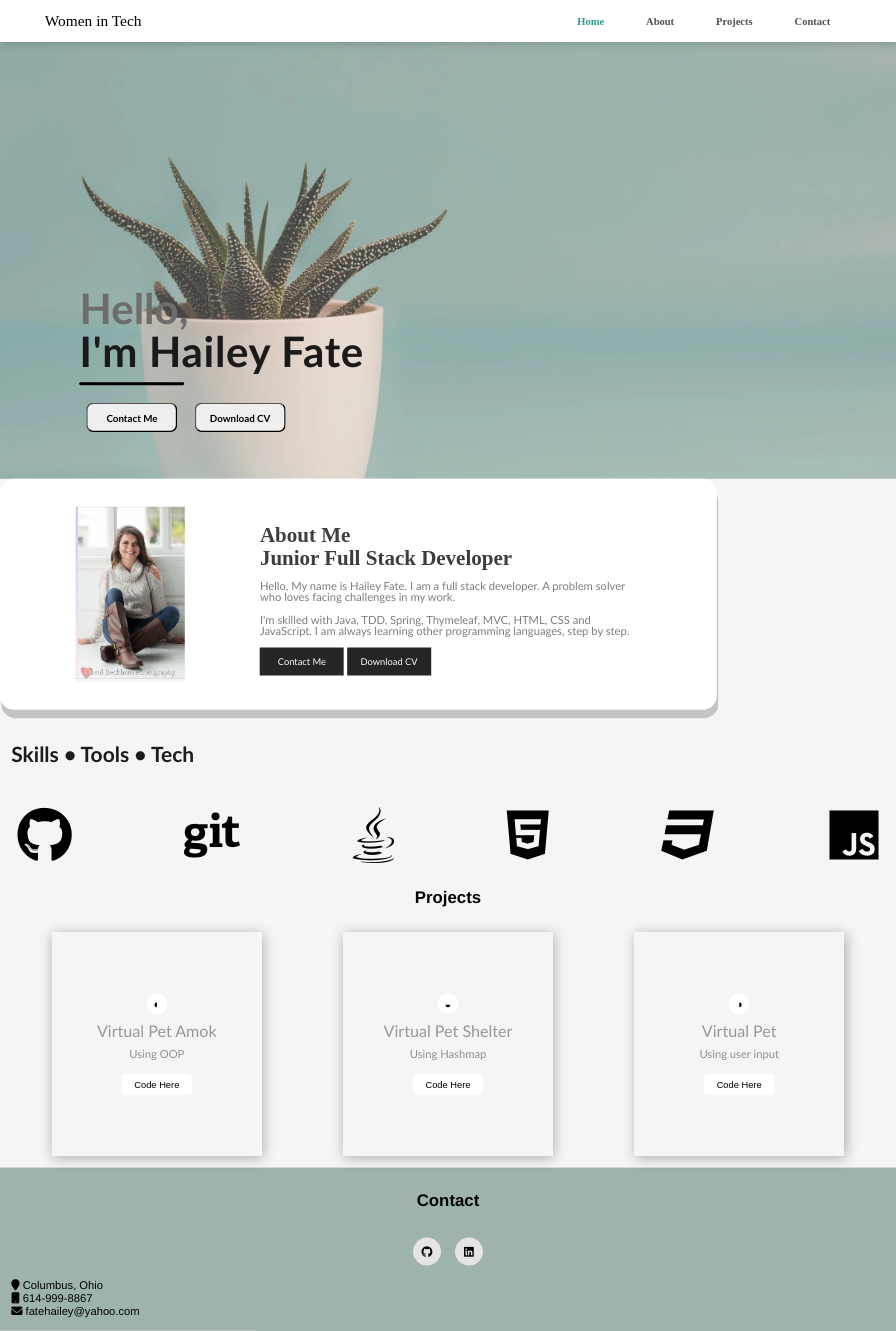
Repository: fatehailey/fatehailey.github.io
Page: index.html
These files come from the project's save history. The page is drawn as it stood at one moment and after the next save; the edit follows.
The browser window is 1280 px wide. The pictures show the whole page, at 70% of full size.
Some web libraries are served in a nearby version.

Above is the page before, as saved 2022-07-25 15:23:29.

### index.html
<!DOCTYPE html>
<html lang="en">

<head>
    <meta charset="UTF-8">
    <meta http-equiv="X-UA-Compatible" content="IE=edge">
    <meta name="viewport" content="width=device-width, initial-scale=1.0">
    <title>Professional Portfolio Website</title>
    <link rel="stylesheet" type="text/css" href="./style.css">
    <script src="https://kit.fontawesome.com/aba5373111.js" crossorigin="anonymous"></script>
</head>
<section>
    <!--------Navbar-->
    <nav>
        <header class="logo"> Women in Tech</header>
        <!--menu-->
        <ul>
            <li><a href="#" class="active">Home</a></li>
            <li><a href="#about">About</a></li>
            <li><a href="#projects">Projects</a></li>
            <li><a href="#contact-form">Contact</a></li>
        </ul>
    </nav>
    <!--text-->
    <div class="text-container">
        <p>Hello,</p>
        <p>I'm Hailey Fate</p>
        <p class="line"></p>
        <a href = "mailto: fatehailey@.com">
        <button id="contact-form">Contact Me</button></a>
        <a href="Resume -JAVA.pdf">
            <button>Download CV</button>
        </a>

    </div>
</section>
<div class="about-container">
    <!--img-->
    <img src="20638533_10207488042478732_6104525529025967976_n.jpg" />
    <!--about-me-text-->
    <div class="about-text">
        <p id="about">About Me</p>
        <p>Junior Full Stack Developer</p>
        <p>Hello, My name is Hailey Fate. I am a full stack developer. A problem solver who loves facing challenges in
            my work. </p>
        <p>I'm skilled with Java, TDD, Spring, Thymeleaf, MVC, HTML, CSS and JavaScript. I am always learning other
            programming languages, step by step.</p>
        <button id="contacts">Contact Me</button>
        <button onclick="Resume -JAVA.pdf">Download CV</button>
    </div>
</div>

<!--Project-->
<div class="skills">
    <!--text-->
    <div class="skills-text ">
        <p>Skills • Tools • Tech</p>
    </div>
    <div class="column">
        <i class="fa-brands fa-github"></i>
        <i class="fa-brands fa-git"></i>
        <i class="fa-brands fa-java"></i>
        <i class="fa-brands fa-html5"></i>
        <i class="fa-brands fa-css3"></i>
        <i class="fa-brands fa-js"></i>
    </div>
</div>
<h2 id="projects" style="text-align:center">Projects </h2>
<div class="box-container">
    <!--1------------->
    <div class="box-1">
        <span>◐</span>
        <p class="heading">Virtual Pet Amok</p>
        <p class="details">Using OOP</p>
        <a href="https://github.com/2022-April-Java-PT-Classroom/virtual-pet-amok-fatehailey">
            <button>Code Here</button>
        </a>
    </div>
    <!--2------------->
    <div class="box-2">
        <span>◒</span>
        <p class="heading">Virtual Pet Shelter</p>
        <p class="details">Using Hashmap</p>
        <a href="https://github.com/2022-April-Java-PT-Classroom/virtual-pet-shelter-fatehailey">
            <button>Code Here</button>
        </a>
    </div>
    <!--3------------->
    <div class="box-3">
        <span>◑</span>
        <p class="heading">Virtual Pet</p>
        <p class="details">Using user input</p>
        <a href="https://github.com/2022-April-Java-PT-Classroom/virtual-pet-fatehailey">
            <button>Code Here</button>
        </a>
    </div>
</div>
<footer>
    <div class="social-footer">
        <h2 id="contacts" style="text-align:center">Contact</h2>
        <div class="social-icons">
            <a href="https://github.com/fatehailey"><i class="fa-brands fa-github"></i></a>
            <a href="https://www.linkedin.com/in/haileyfate/"><i class="fa-brands fa-linkedin"></i></a>
        </div>
        <div class="place">
            <span class="fa-solid fa-location-pin"></span>
            <span class="text">Columbus, Ohio</span>
        <div class="phone">
            <span class="fa-solid fa-mobile"></span>
            <span class="text">614-999-8867</span>
        </div>
        <div class="email">
            <span class="fa-solid fa-envelope"></span>
            <span class="text">fatehailey@yahoo.com</span>
        </div>

    </div>
</footer>
</body>
</html>

### style.css

body{
    background-color: #f6f5f5;
    margin: 0;
    padding: 0px;
    font-family: 'Franklin Gothic Medium', 'Arial Narrow', Arial, sans-serif;
}
ul{
    list-style: none;
}
a{
    text-decoration: none;
}
section{
    width: 100%;
    height: 95vh;
    background-image: url('pexels-photo-1445416.webp');
    background-repeat: no-repeat;
    background-size: cover;
}
nav{
    display: flex;
    justify-content: space-between;
    align-items: center;
    height: 60px;
    background-color: #FFFFFF;
    box-shadow: 2px 2px 12px rgba(0,0,0,0.2);
    padding: 0px 5%;
}
nav ul{
    display: flex ;
}
nav ul li a{
    margin:30px;
    font-family: myraid pro regular;
    color:#505050;
    font-size: 15px;
    font-weight: 700;
}
.logo{
    font-family: RoadTest;
    color: #000000;
    font-size: 22px;
}
.active{
   font-weight:bold;
   color: #2e9e93;
}
.text-container p:nth-child(1){
    font-family: calibri;
    font-weight: bold;
    color: #6d6d6d;
    font-size: 60px;
    padding-bottom: 1rem;
}
.text-container p:nth-child(2){
    font-family: calibri;
    font-weight: bold;
    letter-spacing: 1px;
    color: #1a1a1a;
    font-size: 60px;
}
.text-container p:nth-child(3){
    font-family: myrid pro regular;
    color: #403e3e;
    font-size: 30px;
    line-height: 30px;
}
.text-container p{
    line-height: 0px;
    margin: 45px 0px 25px;
}
.line{
    width: 150px;
    height: 4px;
    background: #000000;
    margin: 10px auto;
    border-radius: 5px;
}
.text-container{
    position: absolute;
    left: 13%;
    top:42%;
    transform: translate(-13%, 42%);
}
.text-container button{
    width:130px;
    height: 42px;
    border-radius: 10px;
    font-family: calibri;
    font-weight: bold;
    font-size: 14px;
    outline:none;
    margin:0px 10px;
}
.abtme{
    border:2px solid #373636;
    color: #373636;
}
.down-cv{
    background-color: #0b0b0b;
    color: #FFFFFF;
    border: none;
}
button:active{
    transform:scale(1.1);
}

.about-container{
    width: 80%;
    height:330px;
    background-color: #ffffff;
    border-radius: 20px;
    box-shadow: 2px 12px rgba(0,0,0,0.2);
    display:flex;
    position: relative;
    justify-content: space-evenly;
    align-items: center;
}
.about-container img{
    height: 250px;
    margin-left: 5px;
}

.about-text{
    width: 550px;
    margin-left: 5px;;

}
.about-text p:nth-child(1){
    color: #403e3e;
    font-family: myriad pro;
    font-weight: bold;
    font-size: 30px;
    line-height: 0px;
}
.about-text p:nth-child(2){
    color: #3e3d3d;
    font-size: 30px;
    font-family: myriad pro;
    font-weight: bold;
    line-height: 5px;
}
.about-text p:nth-child(3),
.about-text p:nth-child(4){
    color: #7e7d7d;
    font-size: 20pxpx;
    font-family: calibri;
    line-height: 16px;
}
.about-text button{
    width:120px;
    height:40px;
    color: #FFFFFF;
    outline: none;
    border:none;
    font-family: calibri;
    background-color: #262525;
}
.skills-text p:nth-child(1){
	font-family: calibri;
	font-weight:bold;
	color:#1d1c1c;
	font-size:30px;
	line-height:0px;
}
.skills-text{
    padding-top: 2rem;
    padding-bottom: 2rem;
    padding-left: 1rem;;
	width: 500px;
    display: flex;
}
.column
{
    flex: 50%;
    padding: 15px 25px 15px;
    justify-content: space-between;
    display: flex;
    flex-flow: row wrap;
    margin-bottom: 15px;
    font-size: 5rem;
}
.column img
{
    float: left;
    width:  100px;
    height: 100px;
    object-fit: cover;
}
.box-container{
	display:flex;
	justify-content: space-around;
    padding: 1rem;
}
.box-1,.box-2,.box-3{
	width: 300px;
	height:320px;
	background-repeat: no-repeat;
	background-size: cover;
	box-shadow:2px 2px 18px rgba(0,0,0,0.3);
	align-items: center;
	justify-content: center;
	display: flex;
	flex-direction: column;
	margin: 0px 20px;
}
.box-1 span,
.box-2 span,
.box-3 span{
	width:30px;
	height:30px;
	border-radius:50%;
	background-color:#ffffff;
	display: flex;
	justify-content: center;
	align-items:center;
	font-family: calibri;
	font-weight: bold;
}
.box-1 p:nth-child(2),
.box-2 p:nth-child(2),
.box-3 p:nth-child(2){
	color:#979797;
	font-family: calibri;
	font-size: 23px;
	line-height:0px;

}
.box-1 p:nth-child(3),
.box-2 p:nth-child(3),
.box-3 p:nth-child(3){
	font-family: calibri;
	color:#8F8F8F;
	text-align:center;
	width: 230px;
	margin:0px 0px 20px 0px;

}
.box-1 button,
.box-2 button,
.box-3 button{
	width:100px;
	height:30px;
	background-color:#FFFFFF;
	border:none;
	outline: none;
	border-radius:5px;
}
footer{
    background-color: #9eb3ae;
    height: 220px;
    width: 100%;
    min-height: 5rem;
    margin: auto;
    padding-top: 1%;
}
.place{
    padding-left: 1rem;

}

.social-icons a{
    width:40px;
    height:40px;
    display: flex;
    justify-content: center;
    align-items: center;
    background-color:#e6e3e3;
    margin:20px 10px;
    border-radius:50%;
}
.social-icons{
    display: flex;
    justify-content: center;
}

.social-icons i,.social i{
    color:#000000;
}
.social-icons a:hover{
    background-color:#000000;
    box-shadow:2px 2px 12px rgba(0,0,0,0.2);
    transition:all ease 0.5s;
}
.social-icons a:hover i,
.social a:hover i{
    color:#FFFFFF;
    transition:all ease 0.5s;
}

After the next save:
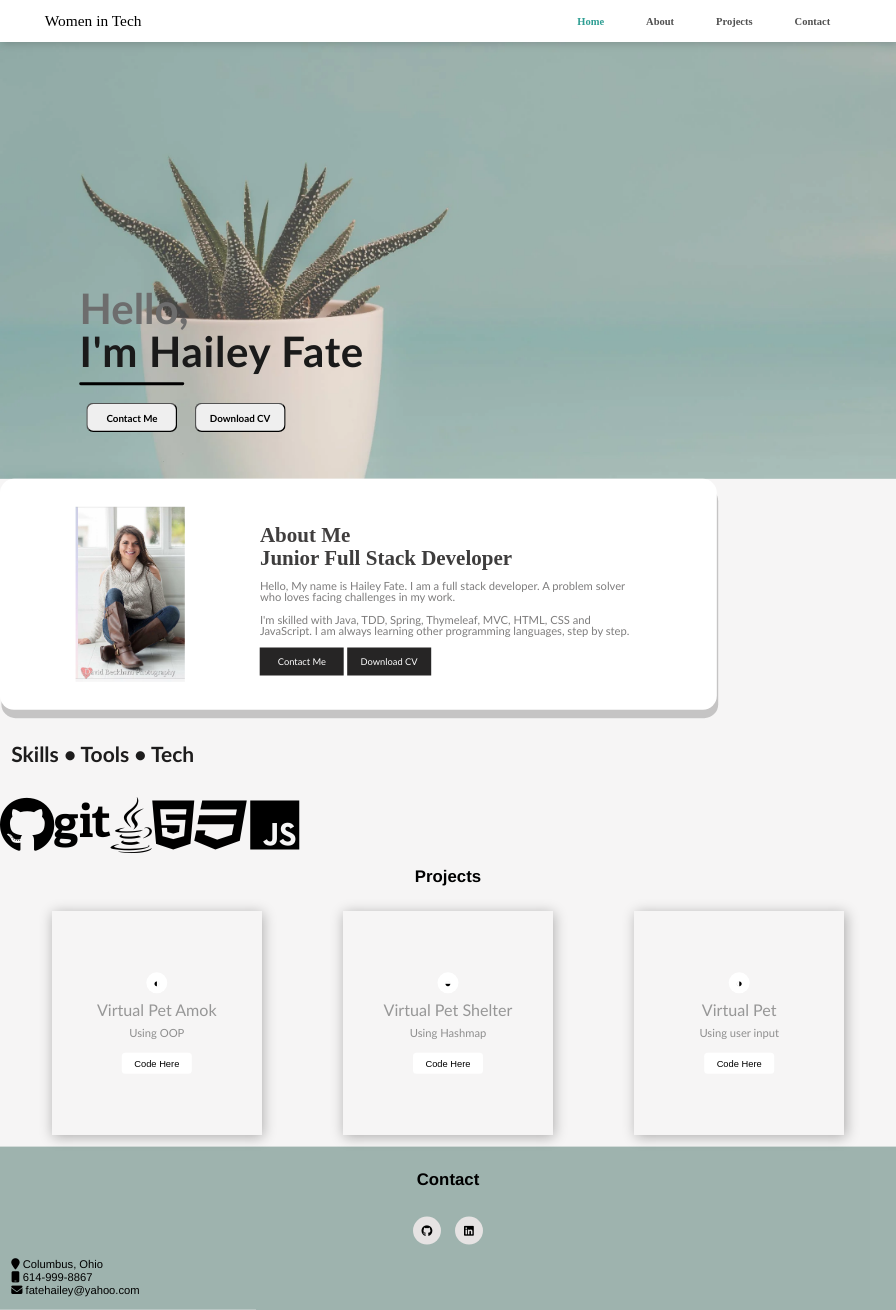
Saved 12 s later.
--- a/style.css
+++ b/style.css
@@ -174,7 +174,7 @@
 .column
 {
     flex: 50%;
-    padding: 15px 25px 15px;
+    padding-left:
     justify-content: space-between;
     display: flex;
     flex-flow: row wrap;
